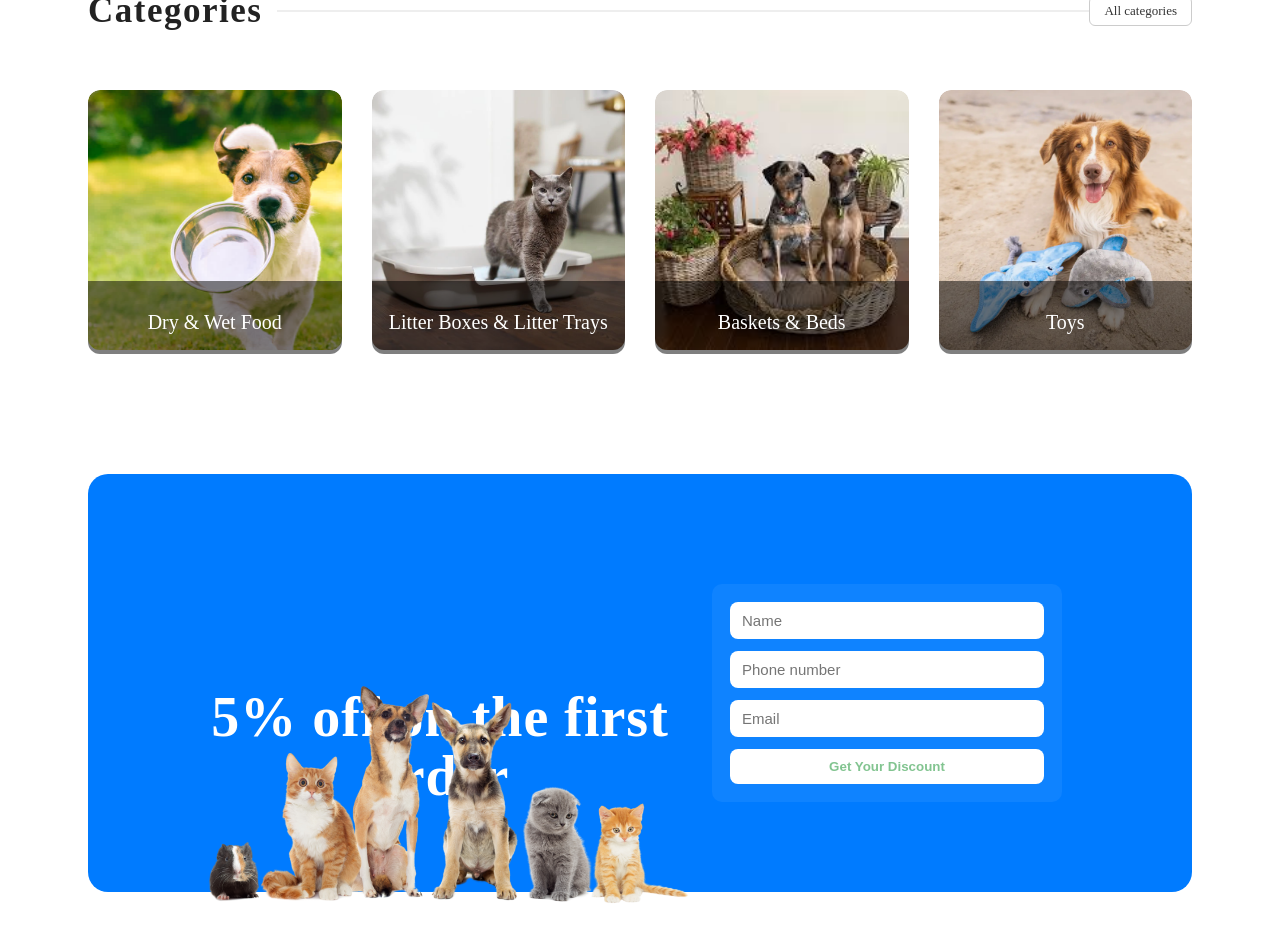
Repository: JuliiaJuliia/pet-shop-frontend
Page: / (app in pet-shop-frontend/)
These files come from the project's save history. The page is drawn as it stood at one moment and after a run of saves; the edit follows.
The browser window is 1280 px wide. The pictures show the part of the page from y = 693 to 1645 px (the page is 1645 px tall).
The project was rebuilt for these pictures with package versions that can differ from the ones it lists, and the page was loaded fresh each time. Also part of the build but not shown: pet-shop-frontend/vite.config.js, pet-shop-frontend/src/pages/CheckoutPage.jsx, pet-shop-frontend/src/api/axios.js, pet-shop-frontend/src/components/ProductList.jsx.

Above is the page before, as saved 2025-11-06 15:02:04.

### pet-shop-frontend/index.html
<!doctype html>
<html lang="en">
  <head>
    <meta charset="UTF-8" />
    <link rel="icon" type="image/svg+xml" href="/vite.svg" />
    <meta name="viewport" content="width=device-width, initial-scale=1.0" />
    <title>pet-shop-frontend</title>
  </head>
  <body>
    <div id="root"></div>
    <script type="module" src="/src/main.jsx"></script>
  </body>
</html>

### pet-shop-frontend/src/main.jsx
import HomePage from "./pages/HomePage";
import CheckoutPage from "./pages/CheckoutPage";
import React from "react";
import ReactDOM from "react-dom/client";
import { BrowserRouter, Routes, Route } from "react-router-dom";
import Header from "./components/Header/Header.jsx";
import ProductList from "./components/ProductList";

function Categories() {
  return <h2 style={{ textAlign: "center" }}>Categories Page</h2>;
}

function Sales() {
  return <h2 style={{ textAlign: "center" }}>Sales Page</h2>;
}

function Cart() {
  return <h2 style={{ textAlign: "center" }}>Your Cart is empty</h2>;
}

ReactDOM.createRoot(document.getElementById("root")).render(
  <BrowserRouter>
    <Header />
    <Routes>
      <Route path="/" element={<HomePage />} />
      <Route path="/categories" element={<Categories />} />
      <Route path="/products" element={<ProductList />} />
      <Route path="/sales" element={<Sales />} />
      <Route path="/cart" element={<Cart />} />
    </Routes>
  </BrowserRouter>
);

### pet-shop-frontend/src/pages/HomePage.jsx
import React from "react";
import MainBanner from "../components/MainBanner";
import Categories from "../components/Categories";
import DiscountBanner from "../components/DiscountBanner"; // 👈 ось цей рядок

const HomePage = () => {
  return (
    <div>
      <MainBanner />
      <Categories />
      <DiscountBanner />   {/* 👈 він має бути тут */}
    </div>
  );
};

export default HomePage;

### pet-shop-frontend/src/components/Header/Header.jsx
import React from "react";
import { Link } from "react-router-dom";
import "./Header.css";

const Header = () => {
  return (
    <header className="header">
      <div className="header__logo">
        <Link to="/">PetShop 🐾</Link>
      </div>
      <nav className="header__nav">
        <Link to="/">Main Page</Link>
        <Link to="/categories">Categories</Link>
        <Link to="/products">All products</Link>
        <Link to="/sales">All sales</Link>
      </nav>
      <div className="header__cart">
        <Link to="/cart">
        <img src="/icon.svg" alt="Cart" className="header__cart-icon" />
        </Link>
</div>
    </header>
  );
};

export default Header;

### pet-shop-frontend/src/components/MainBanner.jsx
import React from "react";
import { Link } from "react-router-dom";
import "./MainBanner.css";

const MainBanner = () => {
  return (
    <section className="main-banner">
      <div className="main-banner__overlay">
        <div className="main-banner__content">
        <h1>Amazing Discounts <br /> on Pets Products!</h1>
        <Link to="/checkout" className="banner-btn">Check out</Link>
        </div>
      </div>
    </section>
  );
};

export default MainBanner;

### pet-shop-frontend/src/components/Categories.jsx
import React from "react";
import { Link } from "react-router-dom";
import "./Categories.css";

const categories = [
  { id: 1, name: "Dry & Wet Food", image: "/Dog.jpg" },
  { id: 2, name: "Litter Boxes & Litter Trays", image: "/Cat.jpg" },
  { id: 3, name: "Baskets & Beds", image: "/Dogs.jpg" },
  { id: 4, name: "Toys", image: "/Dog and Fish.jpg" },
];

const Categories = () => {
  return (
    <section className="categories">
      <div className="categories__header">
        <h2>Categories</h2>
        <div className="categories__line"></div>

        <Link to="/products" className="all-categories-btn">
          All categories
        </Link>
      </div>

      <div className="categories__grid">
        {categories.map((category) => (
          <div key={category.id} className="category-card">
            <img src={category.image} alt={category.name} />
            <div className="category-card__overlay">
              <p>{category.name}</p>
            </div>
          </div>
        ))}
      </div>
    </section>
  );
};

export default Categories;

### pet-shop-frontend/src/components/DiscountBanner.jsx
import React from "react";
import "./DiscountBanner.css";

const DiscountBanner = () => {
  return (
    <section className="discount-banner">
      <div className="discount-banner__content">
        <div className="discount-banner__left">
          <h2>5% off on the first order</h2>
          <img src="/Pets.jpg" alt="pets" className="discount-banner__image" />
        </div>

        <div className="discount-banner__form">
          <form>
            <input type="text" placeholder="Name" required />
            <input type="phone" placeholder="Phone number" required />
            <input type="email" placeholder="Email" required />
            <button type="submit">Get Your Discount</button>
          </form>
        </div>
      </div>
    </section>
  );
};

export default DiscountBanner;

### pet-shop-frontend/src/components/Header/Header.css
.header {
    display: flex;
    align-items: center;
    justify-content: space-between;
    padding: 20px 60px;
    background-color: #fff;
    box-shadow: 0 2px 5px rgba(0, 0, 0, 0.05);
    position: sticky;
    top: 0;
    z-index: 10;
  }

  .header__logo a {
    font-size: 40px;
    font-weight: 400;
    color: #3d3c3c;
    text-decoration: none;
    display: flex;
    align-items: center;
    gap: 10px;
  }

  .header__nav {
    display: flex;
    gap: 30px;
  }

  .header__nav a {
    font-size: 20px;
    text-decoration: none;
    color: #38383a;
    font-weight: 550;
    transition: 0.3s;
    cursor: url("data:[embedded picture, 129 characters]"), auto;
  }

  .header__nav a:hover {
    color: #24973bf3;
  }

  .cart-icon {
    font-size: 20px;
    text-decoration: none;
  }

  .header__cart-icon {
    width: 30px;
    height: 30px;
    object-fit: contain;
    transition: transform 0.3s ease;
    cursor: url("data:[embedded picture, 129 characters]"), auto;
  }

  .header__cart-icon:hover {
    transform: rotate(10deg) scale(1.15);
  }

### pet-shop-frontend/src/components/MainBanner.css
.main-banner {
  position: relative;
  width: 100%;
  height: 500px;
  background: url("/banner-dog.jpg") center/cover no-repeat;
  display: flex;
  align-items: center;
  justify-content: center;
  border-radius: 10px;
  overflow: hidden;
  margin-bottom: 60px;
}

/* Полупрозрачный шар поверх картинки */
.main-banner__overlay {
  background: rgba(0, 0, 0, 0.35);
  width: 100%;
  height: 100%;
  display: flex;
  align-items: center;
  justify-content: center;
}

/* Текст и кнопка */
.main-banner__content {
  text-align: left;
  color: #fff;
  max-width: 800px;
  padding: 0 40px;
  line-height: 1.1;
  white-space: normal;
  word-break: break-word;
}

.main-banner__content h1 {
  font-size: 54px;
  font-weight: 700;
  line-height: 1.2;
  margin-bottom: 40px;
}


.main-banner__button {
  background-color: #53b955df;
  color: rgb(255, 255, 255);
  border: none;
  border-radius: 6px;
  font-size: 18px;
  padding: 14px 30px;
  cursor: pointer;
  transition: all 0.3s ease;
  cursor: url("data:[embedded picture, 129 characters]"), auto;
}

.main-banner__button:hover {
  background-color: #24973b91;
  ;
  transform: scale(1.05);
}

.banner-btn {
  display: inline-block;
  background-color: #53b955df;
  color: white;
  border: none;
  border-radius: 6px;
  font-size: 18px;
  padding: 14px 30px;
  text-decoration: none;
  text-align: center;
  cursor: pointer;
  transition: all 0.3s ease;
}

.banner-btn:hover {
  background-color: #24973b91;
  transform: scale(1.05);
}

### pet-shop-frontend/src/components/Categories.css
.categories {
    padding: 0px 80px 60px;
    background-color: #fff;
  }

  .categories__title {
    font-size: 36px;
    font-weight: 600;
    margin-bottom: 30px;
    color: #222;
  }

  .categories__grid {
    display: grid;
    grid-template-columns: repeat(auto-fit, minmax(220px, 1fr));
    gap: 30px;
    justify-items: center;
  }

  .category-card {
    position: relative;
    width: 100%;
    max-width: 260px;
    border-radius: 12px;
    overflow: hidden;
    cursor: url("data:[embedded picture, 129 characters]"), auto;
    transition: transform 0.3s ease;
  }

  .category-card img {
    width: 100%;
    height: 260px;
    object-fit: cover;
    border-radius: 12px;
  }

  .category-card__overlay {
    position: absolute;
    display: flex;
    justify-content: center;
    align-items: center;
    text-align: center;
    bottom: 0;
    left: 0;
    right: 0;
    background: rgba(0, 0, 0, 0.5);
    color: #fff;
    font-size: 20px;
    font-weight: 500;
    padding-top: 10px;
    transition: background 0.3s ease;
  }

  .category-card:hover {
    transform: scale(1.05);
  }

  .category-card:hover .category-card__overlay {
    background: rgba(0, 0, 0, 0.7);
  }

  .categories__header {
    display: flex;
    align-items: center;
    justify-content: space-between;
    position: relative;
    margin-bottom: 30px;
  }

  .categories__header h2 {
    font-size: 35px;
    font-weight: 700;
    color: #222;
    letter-spacing: 1.5px;
    background-color: #fff;
    padding-right: 15px;
    z-index: 1;
  }

  .categories__line {
    position: absolute;
    left: 0;
    right: 0;
    height: 1px;
    background-color: #ddd;
    top: 50%;
    transform: translateY(-50%);
    z-index: 0;
  }

  .all-categories-btn {
    display: inline-flex;
    align-items: center;
    justify-content: center;
    background-color: #fff;
    border: 1px solid #ccc;
    border-radius: 6px;
    padding: 6px 14px;
    font-size: 13px;
    font-weight: 500;
    color: #333;
    text-decoration: none;
    outline: none;
    cursor: pointer;
    z-index: 1;
    transition: all 0.3s ease;
  }

  .all-categories-btn:hover {
    background-color: #53b955cd;
    color: #fff;
    border-color: #24973b91;
    transform: scale(1.05);
    cursor: url("/paw-cursor.png"), auto;
    cursor: url("data:[embedded picture, 129 characters]"), auto;
  }

### pet-shop-frontend/src/components/DiscountBanner.css
/* контейнер банера */
.discount-banner {
    background-color: #007bff;
    color: #fff;
    border-radius: 20px;
    margin: 60px 80px;
    padding: 60px 80px 140px; /* зверни увагу: великий паддінг знизу для місця під тварин */
    position: relative;
    overflow: visible;
    display: block;
  }

  /* заголовок — по центру всього блоку (горизонтально + вертикально) */
  .discount-banner__left h2 {
    position: absolute;
    top: 50%;
    left: 50%;
    transform: translate(-50%, -50%);
    margin: 0;
    font-size: 56px;
    font-weight: 700;
    letter-spacing: 1px;
    text-align: center;
    width: 100%;
    line-height: 1.05;
  }

  /* вміст під заголовком: картинка ліворуч, форма праворуч */
  .discount-banner__content {
    display: flex;
    justify-content: space-between;
    align-items: flex-end;
    gap: 50px;
    width: 100%;
    position: relative;
    margin-top: 0px;
  }

  /* ліва частина (картинка) */
  .discount-banner__left {
    flex: 1;
    display: flex;
    justify-content: center;
    align-items: flex-end;    /* картинка "сидить" внизу колонки */
    position: relative;
    padding-bottom: 10px;     /* трохи простору під картинкою */
  }

  /* картинка тварин — збільшена і з позицією внизу (на межі фону) */
  .discount-banner__image {
    max-width: 720px;         /* збільшити розмір тварин */
    width: 100%;
    height: auto;
    object-fit: contain;
    position: absolute;
    left: 50%;
    transform: translateX(-50%);
    bottom: -160px;
  }

  /* права частина — форма (по центру вертикалі блоку) */
  .discount-banner__form {
    flex: 0 0 350px;
    right: 50px;
    top: 50px;
    display: flex;
    align-items: center;
    justify-content: center;
    position: relative;
  }

  /* стилі самої форми */
  .discount-banner__form form {
    width: 100%;
    display: flex;
    flex-direction: column;
    gap: 12px;
    background: rgba(255,255,255,0.06); /* легке напівпрозоре тло, зливається з фоном */
    padding: 18px;
    border-radius: 10px;
  }

  .discount-banner__form input {
    padding: 10px 12px;
    border-radius: 8px;
    border: none;
    font-size:15px;
    outline: none;
  }

  .discount-banner__form button {
    padding: 10px 14px;
    border-radius: 8px;
    border: none;
    background: #fff;
    color: #24973b91;
    font-weight: 600;
    cursor: url("data:[embedded picture, 129 characters]"), auto;
  }

  /* адаптация под мобильные екраны */
  @media (max-width: 900px) {
    .discount-banner {
      margin: 30px 24px;
      padding: 40px 24px 120px;
    }
    .discount-banner__left h2 {
      font-size: 34px;
      top: 42%;
    }
    .discount-banner__content {
      flex-direction: column;
      align-items: center;
      margin-top: 60px;
    }
    .discount-banner__form {
      width: 100%;
      flex: none;
      margin-top: 20px;
    }
    .discount-banner__image {
      position: relative;
      bottom: -6px;
      left: 50%;
      transform: translateX(-50%);
      max-width: 320px;
    }
  }

After the next 2 saves:
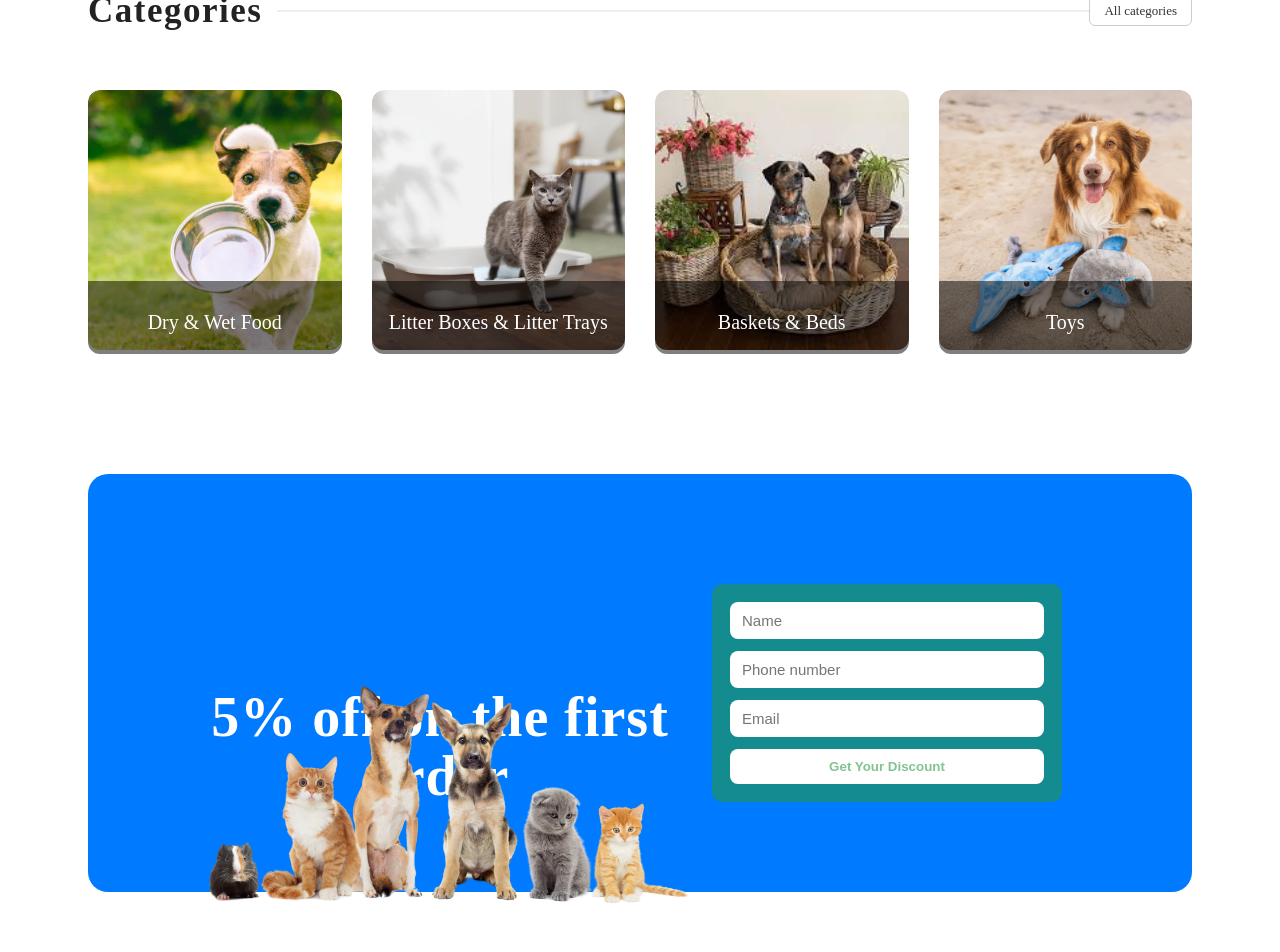
The 2 saves are shown as one change because they came seconds apart.
The last was saved 14 s later.
--- a/pet-shop-frontend/src/components/DiscountBanner.css
+++ b/pet-shop-frontend/src/components/DiscountBanner.css
@@ -75,7 +75,7 @@
     display: flex;
     flex-direction: column;
     gap: 12px;
-    background: rgba(255,255,255,0.06); /* легке напівпрозоре тло, зливається з фоном */
+    background: #24973b91;
     padding: 18px;
     border-radius: 10px;
   }
